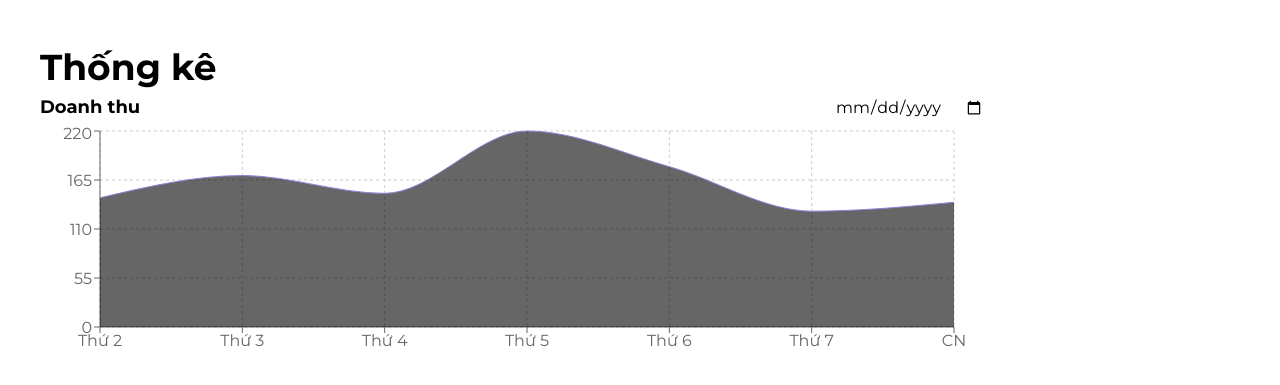
Repository: iphoneboy46/AltaMediaCMS
Page: /
An editor plug-in stored every save of this project. The page is shown before and after a run of saves, followed by the edit.
The browser window is 1280 px wide. The pictures show the whole page.
Some web libraries are served in a nearby version. The project was rebuilt for these pictures with package versions that can differ from the ones it lists, and the page was loaded fresh each time.

Above is the page before, as saved 2023-03-26 22:23:35.

After the next 2 saves:
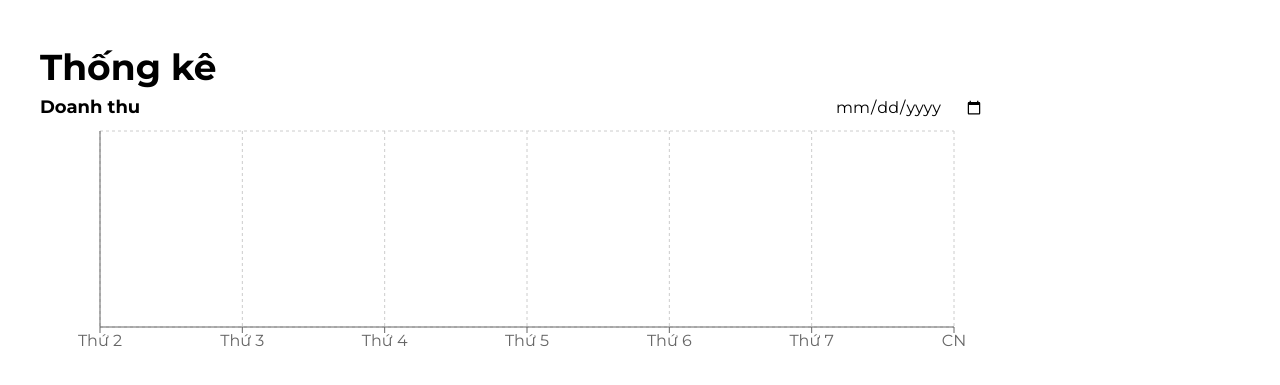
The 2 saves are shown as one change because 1 did not build or start.
The last was saved 23 s later.
--- a/src/components/Charts/Charts.tsx
+++ b/src/components/Charts/Charts.tsx
@@ -65,7 +65,7 @@ function Charts() {
         >
           <CartesianGrid strokeDasharray="3 3" />
           <XAxis   dataKey="name" />
-          <YAxis type="number" domain={['dataMin', 'dataMax']} />
+          <YAxis dataKey="label" type="number" domain={[260]} />
           <Tooltip />
           <Area
             type="monotone"
